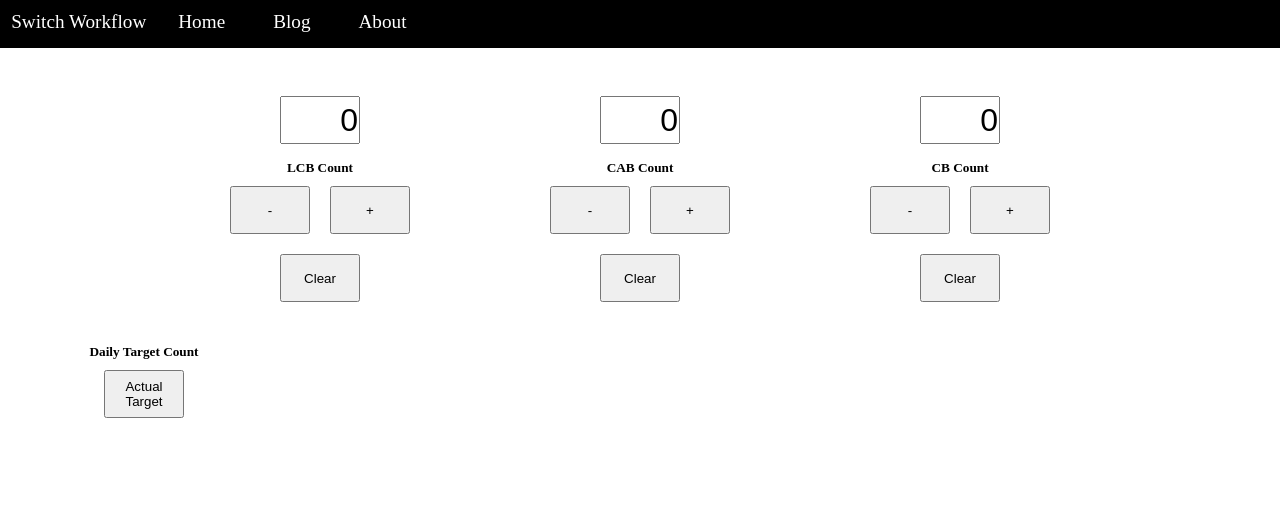
Repository: suraj-yadav7/SwitchWorkflow-Count-reactjs
Page: /
These files come from the project's save history. The page is drawn as it stood at one moment and after the next save; the edit follows.
The browser window is 1280 px wide. The pictures show the whole page.
The project was rebuilt for these pictures with package versions that can differ from the ones it lists, and the page was loaded fresh each time.

Above is the page before, as saved 2023-04-18 21:46:37.

### src/App.js
import './App.css';
import DailyTarget from './Components/DailyTarget';
import TitleCount from './Components/TitleCount';

function App() {
  return (
    <>
    <TitleCount />
    <DailyTarget />
    </>
  );
}

export default App;

### src/App.css
*{
  margin: 0;
  padding: 0;
  box-sizing: border-box;
}

button{
  width: 5rem;
  margin: 10px;
  height: 3rem;
}
li,a{
  list-style: none;
}
/* Nav bar */
nav{
  width: 100%;
  height: 3rem;
  display: flex;
  padding: 0.7rem;
  background-color: black;
  color: white;
  font: 400 1.2rem san-serif;
}
nav > ul{
  display: flex;
  gap: 3rem;
  margin-left: 2rem;
}

.container1{
  display:flex ;
  justify-content: center;
  align-items: center;
  gap: 2rem;
  padding: 2rem;
}

.card-body{
  text-align: center;
}

.card >input{
  width: 5rem;
  height: 3rem;
  font-size: 2rem;
  text-align: right;
  margin:1rem  6.5rem;
}

### src/Components/DailyTarget.jsx
import React from 'react'

const DailyTarget = () => {
    return (
        <>
            <div className='dailyTarget'>
                <div class="card" style={{ width: "18rem" }}>
                    <div class="card-body">
                        <h5 class="card-title">Daily Target Count</h5>
                        <button >Actual Target</button>
                    </div>
                </div>

            </div>
        </>
    )
}

export default DailyTarget

### src/Components/TitleCount.jsx
import React from 'react'
import { useState, useEffect } from 'react'
const TitleCount = () => {

    const [lcbCount, setLcbCount] = useState(parseInt(localStorage.getItem("lcbKey")) || 0)
    const [cbCount, setcbCount] = useState(parseInt(localStorage.getItem("cbKey")) || 0)
    const [cabCount, setCabCount] = useState(parseInt(localStorage.getItem("cabKey")) || 0)

    useEffect(()=>{
        localStorage.setItem("lcbKey", lcbCount)
        localStorage.setItem("cbKey", cbCount)
        localStorage.setItem("cabKey", cabCount)
    },[lcbCount,cbCount,cabCount])

    return (
        <>
        <nav>
            <span>Switch Workflow</span>
                <ul>
                    <li>Home</li>
                    <li>Blog</li>
                    <li>About</li>
                </ul>
        </nav>
            <div className="container1">
                <div class="card" style={{width: "18rem"}}>
                    <input type='text' name="lcbCount" value={lcbCount}/>
                    <div class="card-body">
                        <h5 class="card-title">LCB Count</h5>
                        <button onClick={()=>setLcbCount(val => (lcbCount>0 ? val-1: 0))}>-</button>
                        <button onClick={()=>setLcbCount(val => val+1)}>+</button>
                        <button onClick={()=>setLcbCount(0)}>Clear</button>
                    </div>
                </div>
                <div class="card" style={{width: "18rem"}}>
                    <input type='text' name="cabCount" value={cabCount}/>
                    <div class="card-body">
                        <h5 class="card-title">CAB Count</h5>
                        <button onClick={()=>setCabCount(val => (cabCount>0 ? val-1: 0))}>-</button>
                        <button onClick={()=>setCabCount(val => val+1)}>+</button>
                        <button onClick={()=>setCabCount(0)}>Clear</button>
                    </div>
                </div>
                <div class="card" style={{width: "18rem"}}>
                    <input type='text' name="cbCount" value={cbCount}/>
                    <div class="card-body">
                        <h5 class="card-title">CB Count</h5>
                        <button onClick={()=>setcbCount(val => (cbCount>0 ? val-1: 0))}>-</button>
                        <button onClick={()=>setcbCount(val => val+1)}>+</button>
                        <button onClick={()=>setcbCount(0)}>Clear</button>
                    </div>
                </div>
            </div>

        </>
    )
}

export default TitleCount

Loaded but not shown: src/index.js (common file)

After the next save:
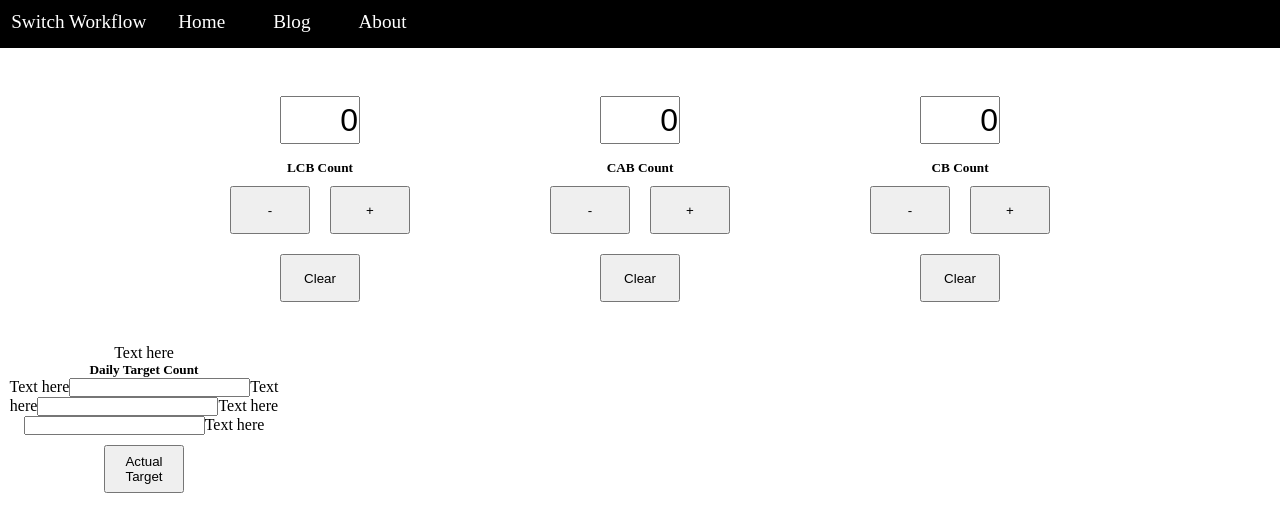
Saved 65 s later.
--- a/src/Components/DailyTarget.jsx
+++ b/src/Components/DailyTarget.jsx
@@ -6,8 +6,11 @@ const DailyTarget = () => {
             <div className='dailyTarget'>
                 <div class="card" style={{ width: "18rem" }}>
                     <div class="card-body">
-                        <h5 class="card-title">Daily Target Count</h5>
-                        <button >Actual Target</button>
+                        <span>Text here</span><h5 class="card-title">Daily Target Count</h5>
+                        <span>Text here</span><input type='text' name="todaysTarget" />
+                        <span>Text here</span><input type='text' name="npt" />
+                        <span>Text here</span><input type='text' name="icq" />
+                        <span>Text here</span><button >Actual Target</button>
                     </div>
                 </div>
 
